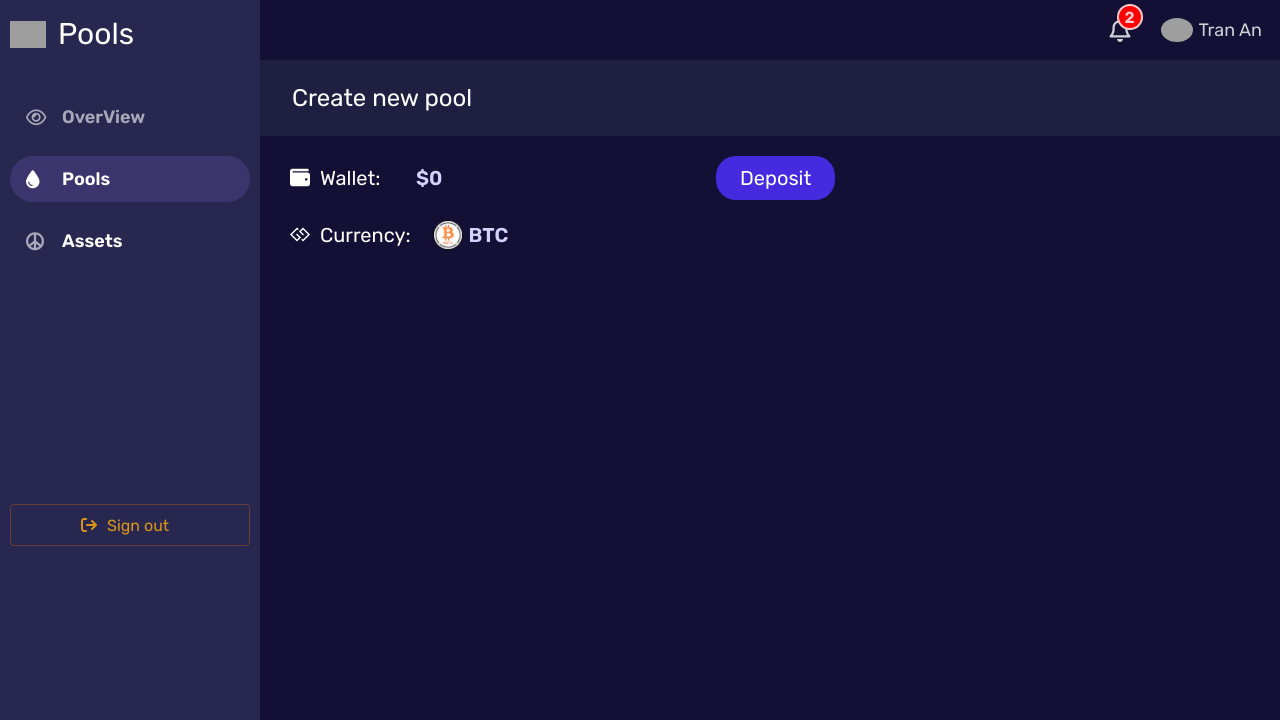
Repository: quynh232000/pools
Page: pool/create-pool.html
An editor plug-in stored every save of this project. The page is shown before and after the next save, followed by the edit.
The browser window is 1280 px wide. The pictures show the whole page.
Pictures or frames that could not be fetched are drawn as grey boxes.

Above is the page before, as saved 2023-07-14 00:34:59.

After the next save:
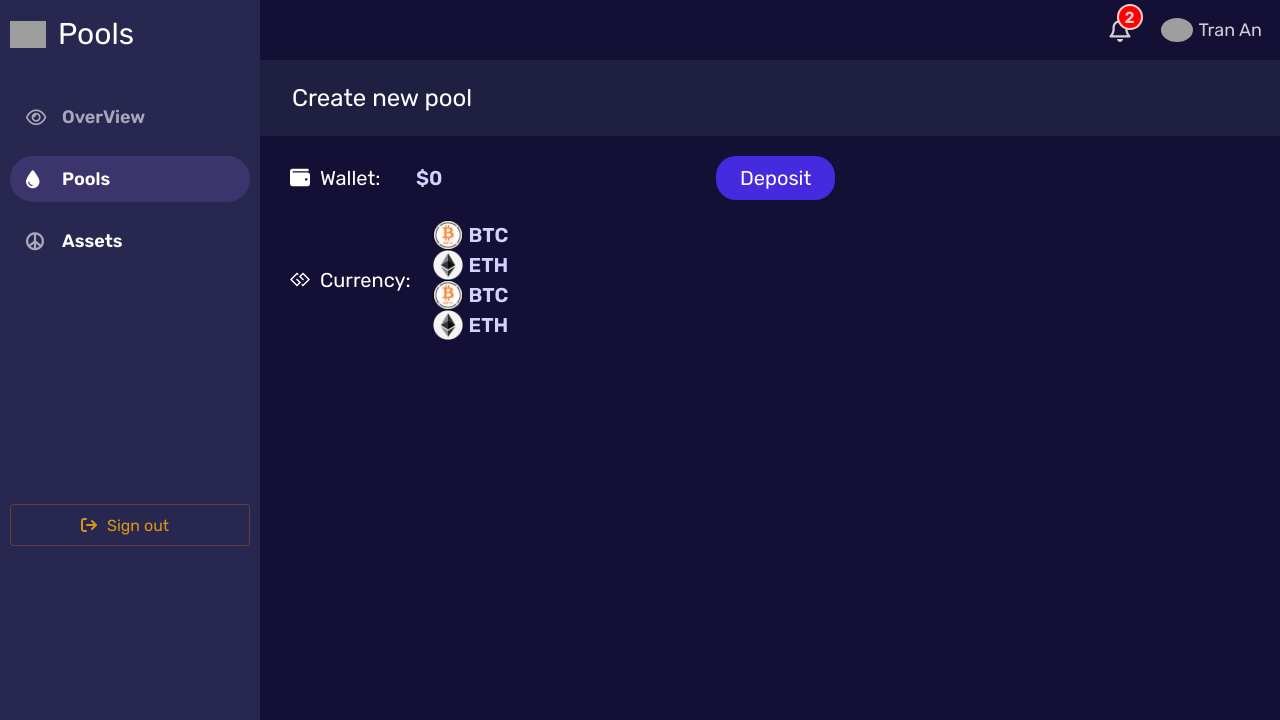
Saved 6 s later.
--- a/pool/create-pool.html
+++ b/pool/create-pool.html
@@ -77,7 +77,7 @@
                 <img src="../src/img/btc.png" alt="" />
                 <div class="type-money-name">BTC</div>
               </div>
-              <!-- <div class="type-money-more">
+              <div class="type-money-more">
                 <div class="type-money-item">
                   <img src="../src/img/eth.png" alt="" />
                   <div class="type-money-name">ETH</div>
@@ -90,7 +90,7 @@
                   <img src="../src/img/eth.png" alt="" />
                   <div class="type-money-name">ETH</div>
                 </div>
-              </div> -->
+              </div>
             </div>
           </div>
         </div>
